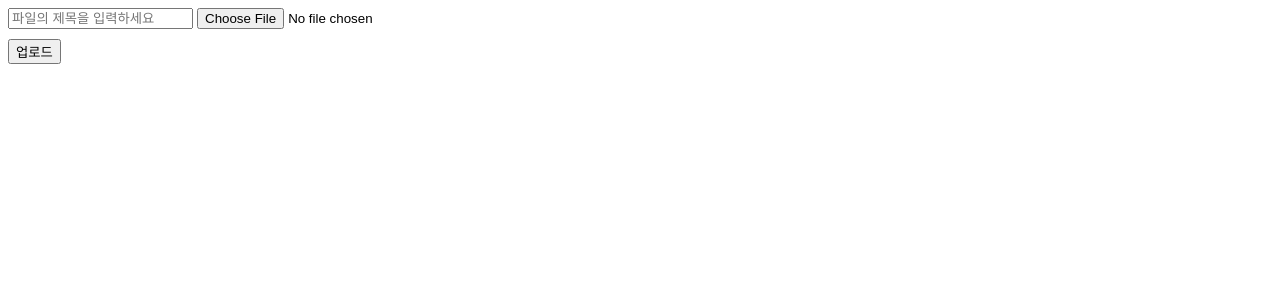
Repository: gudbrwkd98/JavaEE-JSP
Page: BoardApp/WebContent/gallery/send.html
An editor plug-in stored every save of this project. The page is shown before and after the next save, followed by the edit.
The browser window is 1280 px wide. The pictures show the whole page.

Above is the page before, as saved 2020-12-04 02:55:50.

### BoardApp/WebContent/gallery/send.html
<!DOCTYPE html>
<html>
<head>
<meta charset="utf-8">
<title>Insert title here</title>
<style type="text/css">
*{margin-bottom: 10px;}
</style>
<script type="text/javascript">
function send() {
	//서버에 제목및 파일을 전송하자
	//서버에 전송한다는 것은 클라이언트로서 요청한다는 뜻이고
	//흔히 쓰는 요청방법은 2가지
	//업로드시 post get 중 어느것?
	//데이터 량이많아서 post 로
	//post 이용시 form 태그로 감싸줘야 정보전송가능
	form1.action = "/gallery/upload.jsp";
	form1.method = "post"; //바이너리 파일 포함됧 경우 반드시 post 로 전송방식 설정
	form1.submit(); //전송(요청)
}
</script>
</head>
<body>
  <form name="form1" enctype = "multipart/form-data" >
	<input type="text" name="msg" placeholder="파일의 제목을 입력하세요" >
	<input type="file" name="photo"><br>
	<button onClick="send()">업로드</button>
  </form>


</body>
</html>

After the next save:
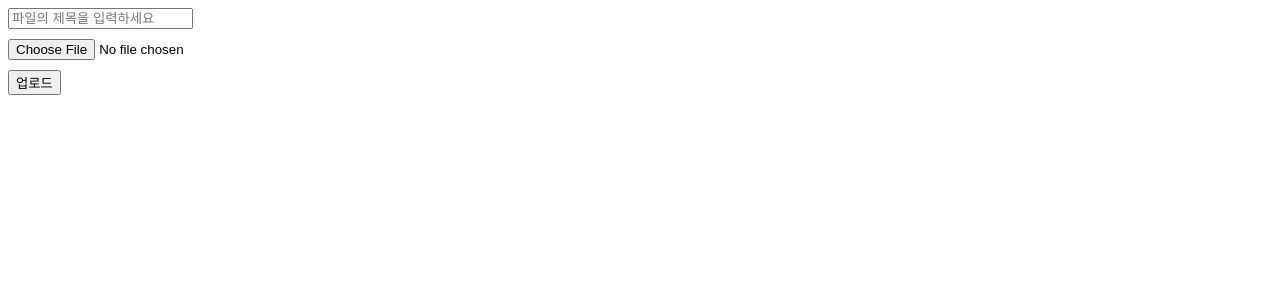
Saved 25 s later.
--- a/BoardApp/WebContent/gallery/send.html
+++ b/BoardApp/WebContent/gallery/send.html
@@ -21,11 +21,11 @@
 </script>
 </head>
 <body>
-  <form name="form1" enctype = "multipart/form-data" >
-	<input type="text" name="msg" placeholder="파일의 제목을 입력하세요" >
-	<input type="file" name="photo"><br>
-	<button onClick="send()">업로드</button>
-  </form>
+ 	<form name="form1" enctype="multipart/form-data">
+		<input type="text" name="msg" placeholder="파일의 제목을 입력하세요"><br>
+		<input type="file" name="photo"><br>
+		<button onClick="send()">업로드</button>
+	</form>
 
 
 </body>
